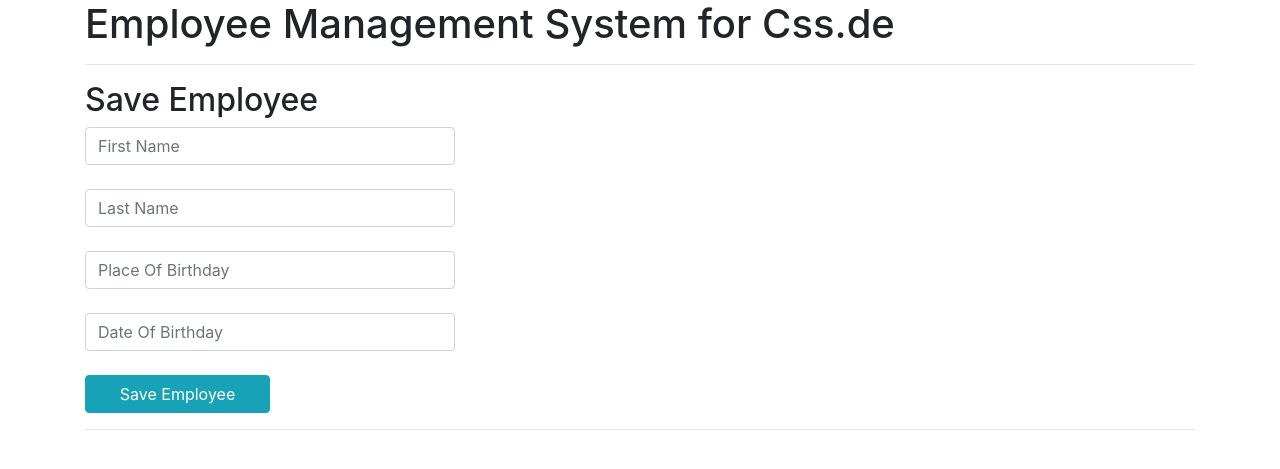
Repository: Len2/Topic4
Page: src/main/resources/templates/newIdCard.html
The author's editor kept a copy of each file at every save. The page is drawn from the files as they stood at one save, then again after the next save.
The browser window is 1280 px wide. The pictures show the whole page.

Above is the page before, as saved 2020-09-06 17:35:44.

After the next save:
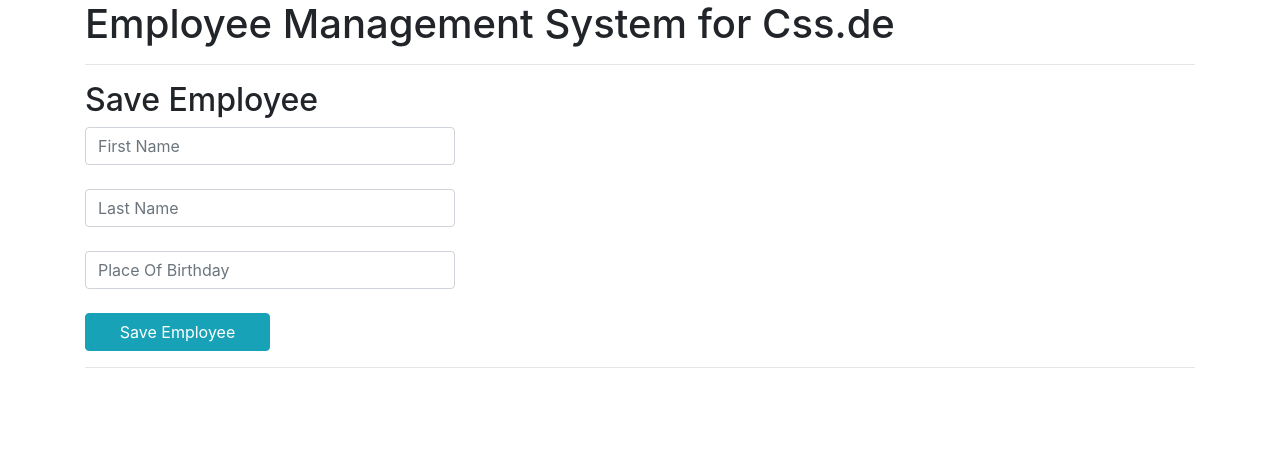
Saved 4 s later.
--- a/src/main/resources/templates/newIdCard.html
+++ b/src/main/resources/templates/newIdCard.html
@@ -27,9 +27,9 @@
             <input type="text" th:field="*{placeOfBirthday}"
             placeholder="Place Of Birthday" class="form-control mb-4 col-4">
 
-            <input type="text" th:field="*{dateOfBirthday}"
+            <!-- <input type="text" th:field="*{dateOfBirthday}"
             placeholder="Date Of Birthday" class="form-control mb-4 col-4">
-
+             -->
 				<button type="submit" class="btn btn-info col-2"> Save Employee</button>
 		</form>
 

After the 2 saves that followed:
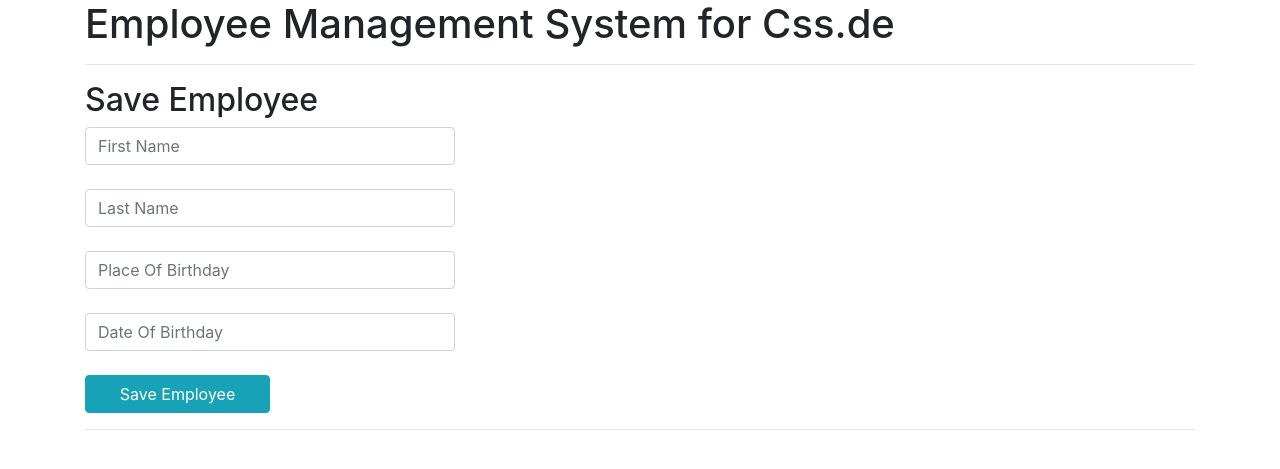
The 2 saves are shown as one change because they came seconds apart.
The last was saved 2 min 3 s later.
--- a/src/main/resources/templates/newIdCard.html
+++ b/src/main/resources/templates/newIdCard.html
@@ -27,9 +27,9 @@
             <input type="text" th:field="*{placeOfBirthday}"
             placeholder="Place Of Birthday" class="form-control mb-4 col-4">
 
-            <!-- <input type="text" th:field="*{dateOfBirthday}"
+            <input type="text" th:field="*{dateOfBirthday}"
             placeholder="Date Of Birthday" class="form-control mb-4 col-4">
-             -->
+
 				<button type="submit" class="btn btn-info col-2"> Save Employee</button>
 		</form>
 
